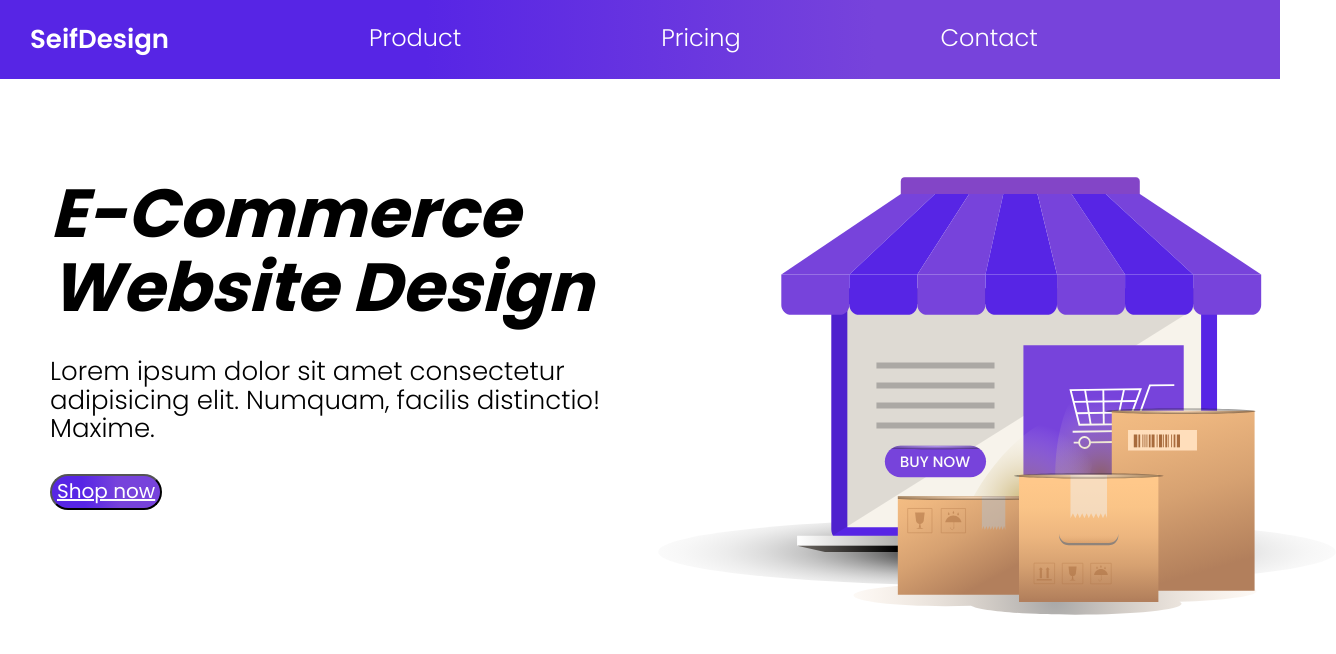
Repository: MehdiKerimov/figma-task-19
Page: pages/homePage/index.html
These files come from the project's save history. The page is drawn as it stood at one moment and after a run of saves; the edit follows.
The browser window is 1280 px wide. The page is 1336 px wide, so the pictures cover 1336 px, including what lies to the right of the window. The pictures show the whole page.
The style sheet was rebuilt from its Sass, Less or Tailwind sources for each picture, by a compiler version that may differ from the author's.

Above is the page before, as saved 2023-12-02 15:41:27.

### pages/homePage/index.html
<!DOCTYPE html>
<html lang="en">
  <head>
    <meta charset="UTF-8" />
    <meta name="viewport" content="width=device-width, initial-scale=1.0" />
    <title>Document</title>
    <link rel="stylesheet" href="../../assets/css/reset.css" />
    <link rel="stylesheet" href="index.css" />
  </head>
  <body>
    <div class="container">
      <nav>
        <h1>SeifDesign</h1>
        <a href="">Product</a>
        <a href="">Pricing</a>
        <a href="">Contact</a>
      </nav>
      <main>
        <div class="left-container">
          <h2>E-Commerce Website Design</h2>
          <p>
            Lorem ipsum dolor sit amet consectetur adipisicing elit. Numquam,
            facilis distinctio! Maxime.
          </p>
          <button><a href="">Shop now</a></button>
        </div>

        <img src="../../assets/images/Group (3).svg" alt="">
      </main>
    </div>
  </body>
</html>

### assets/css/reset.css
*{
    margin: 0;
    padding: 0;
    box-sizing: border-box;
}

button{

}

### pages/homePage/index.scss
@import url("https://fonts.googleapis.com/css2?family=Poppins:wght@300;400;600;700&display=swap");
.container {
  min-height: 100vh;
  /* padding: 30px 30px 43px 30px; */
  nav {
    padding: 20px 30px;
    display: flex;
    background: linear-gradient(270deg, #7743DB 31.64%, #5725E5 66.78%);
    h1 {
      color: #fff;
      font-family: Poppins;
      font-size: 26px;
      font-style: normal;
      font-weight: 600;
      line-height: normal;
    }
    a {
      text-decoration: none;
      margin-left: 200px;
      color: #fff;
      text-align: center;
      font-family: Poppins;
      font-size: 24px;
      font-style: normal;
      font-weight: 300;
      line-height: normal;
    }
  }
  main {
    display: flex;
    padding: 98px 50px 43px 50px;
    h2 {
      width: 608px;
      font-family: Poppins;
      font-size: 68px;
      font-style: italic;
      font-weight: 700;
      line-height: 109%;
    }
    p {
      margin-top: 32px;
      margin-bottom: 32px;
      width: 608px;
      color: #000;
      font-family: Poppins;
      font-size: 26px;
      font-style: normal;
      font-weight: 300;
      line-height: 109%;
    }
    button {
      padding: 5px 5px;
      border-radius: 25px;
      background: linear-gradient(263deg, #7743db 38.81%, #5725e5 70.24%);
      a {
        color: #fff;
        font-family: Poppins;
        font-size: 20px;
        font-style: normal;
        font-weight: 400;
        line-height: 109%;
      }
    }
  }
}

After the next 3 saves:
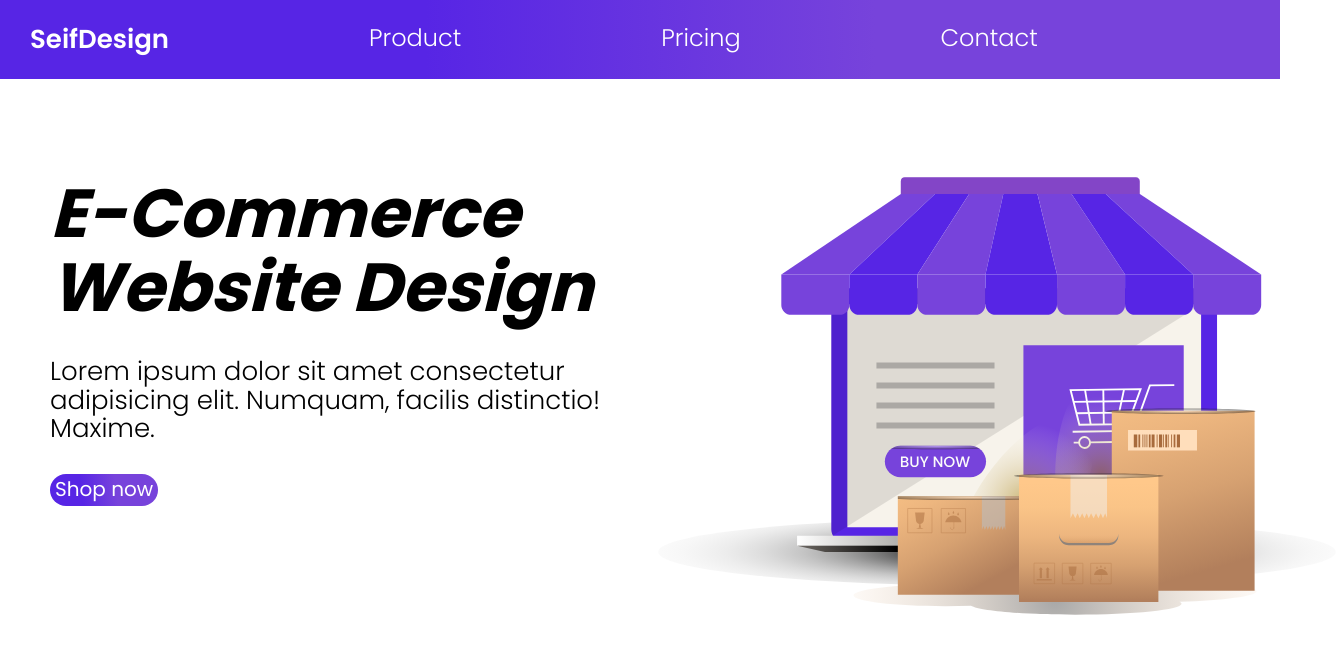
The 3 saves are shown as one change because they came seconds apart.
The last was saved 15 s later.
--- a/assets/css/reset.css
+++ b/assets/css/reset.css
@@ -5,5 +5,8 @@
 }
 
 button{
-
+    border: none;
 }
+a{
+    text-decoration: none;
+}
